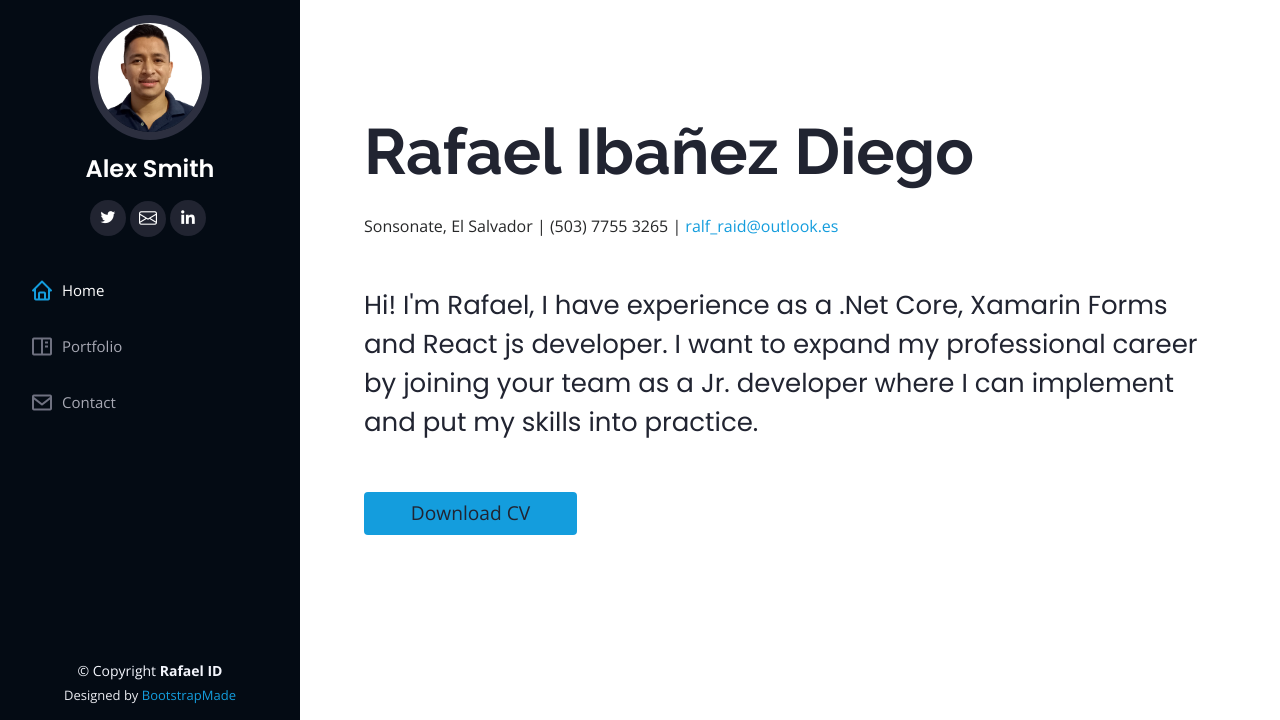
Repository: ralfId/myportfolio
Page: /
An editor plug-in stored every save of this project. The page is shown before and after the next save, followed by the edit.
The browser window is 1280 px wide. The pictures show the whole page.
The pointer rests on the first visible `#hero button a`.
The project was rebuilt for these pictures with package versions that can differ from the ones it lists, and the page was loaded fresh each time. Also part of the build but not shown: src/data/projects.js, src/components/Projects/ProjectItem.js, src/components/Projects/ProjectIndex.js, src/helpers/ProjectById.js, src/components/Projects/ProjectDetail.js.

Above is the page before, as saved 2021-09-20 16:15:42.

After the next save:
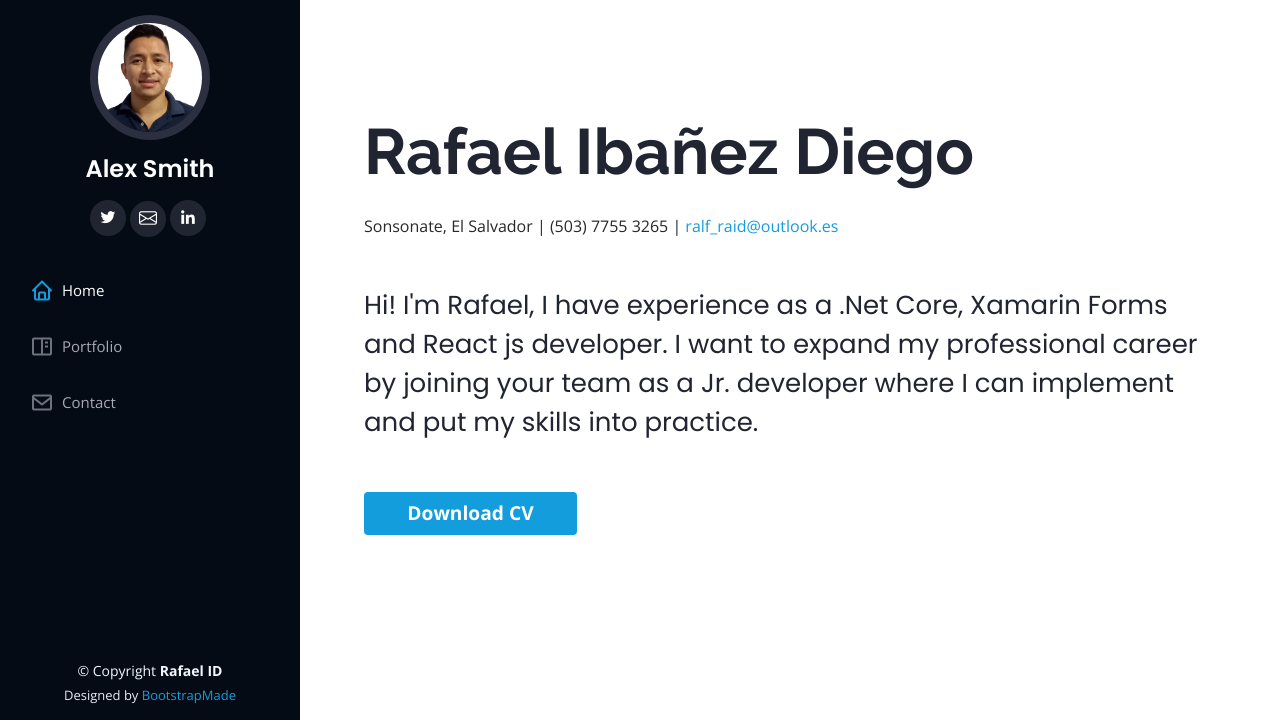
Saved 107 s later.
--- a/public/css/style.css
+++ b/public/css/style.css
@@ -267,7 +267,8 @@ h1, h2, h3, h4, h5, h6 {
 }
 #hero button a:hover{
   text-decoration: none;
-  color: #212431;
+  color: #fff;
+  font-weight: bold;
 }
 #hero button:hover {
   background: #149ddd;
